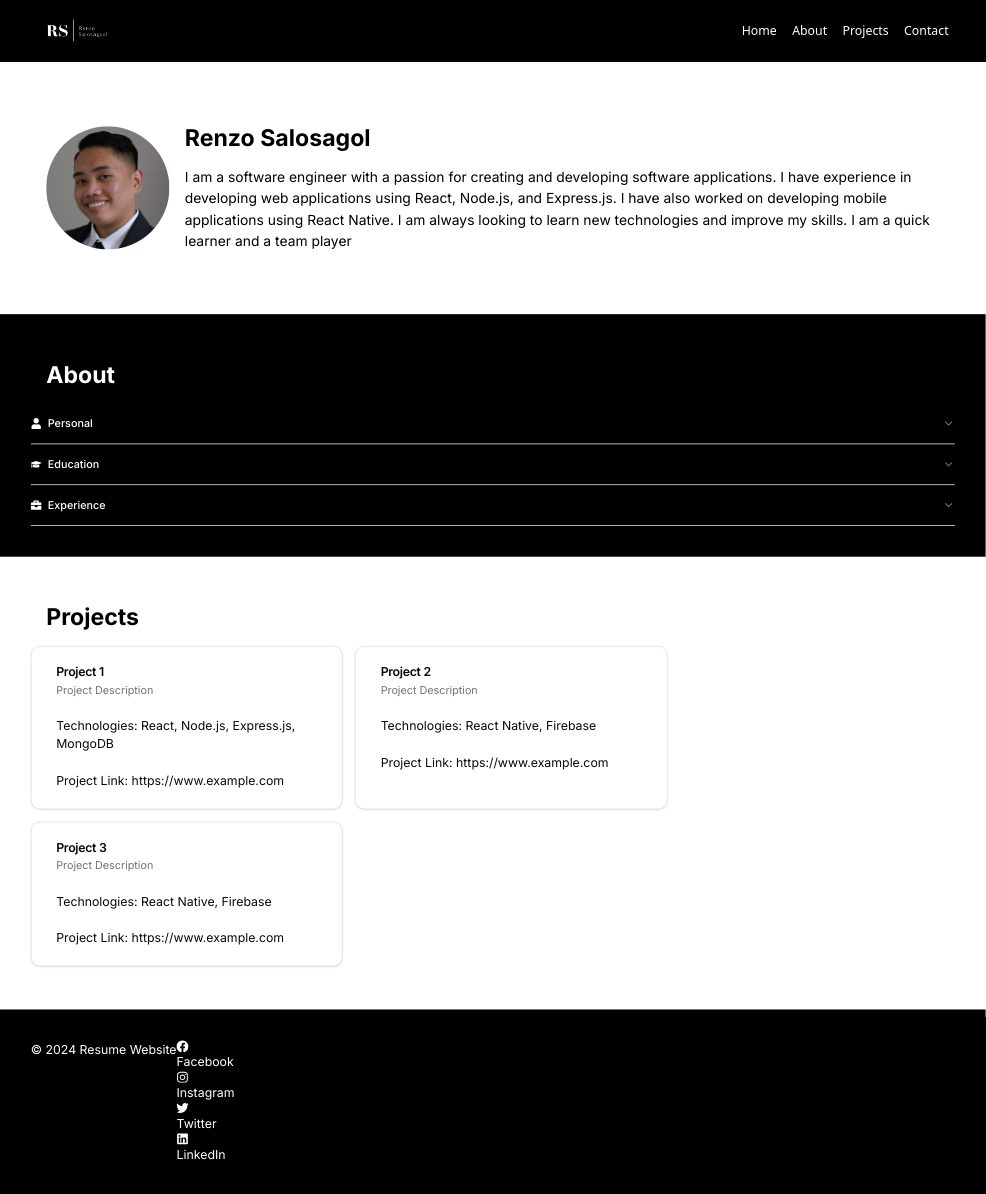
Repository: Renzo-Salosagcol/Portfolio-Website
Page: / (app in resume_website/)
The author's editor kept a copy of each file at every save. The page is drawn from the files as they stood at one save, then again after the next save.
The browser window is 1280 px wide. The pictures show the whole page, at 77% of full size.
The project was rebuilt for these pictures with package versions that can differ from the ones it lists, and the page was loaded fresh each time. Also part of the build but not shown: resume_website/vite.config.js.

Above is the page before, as saved 2024-12-11 16:22:17.

After the next save:
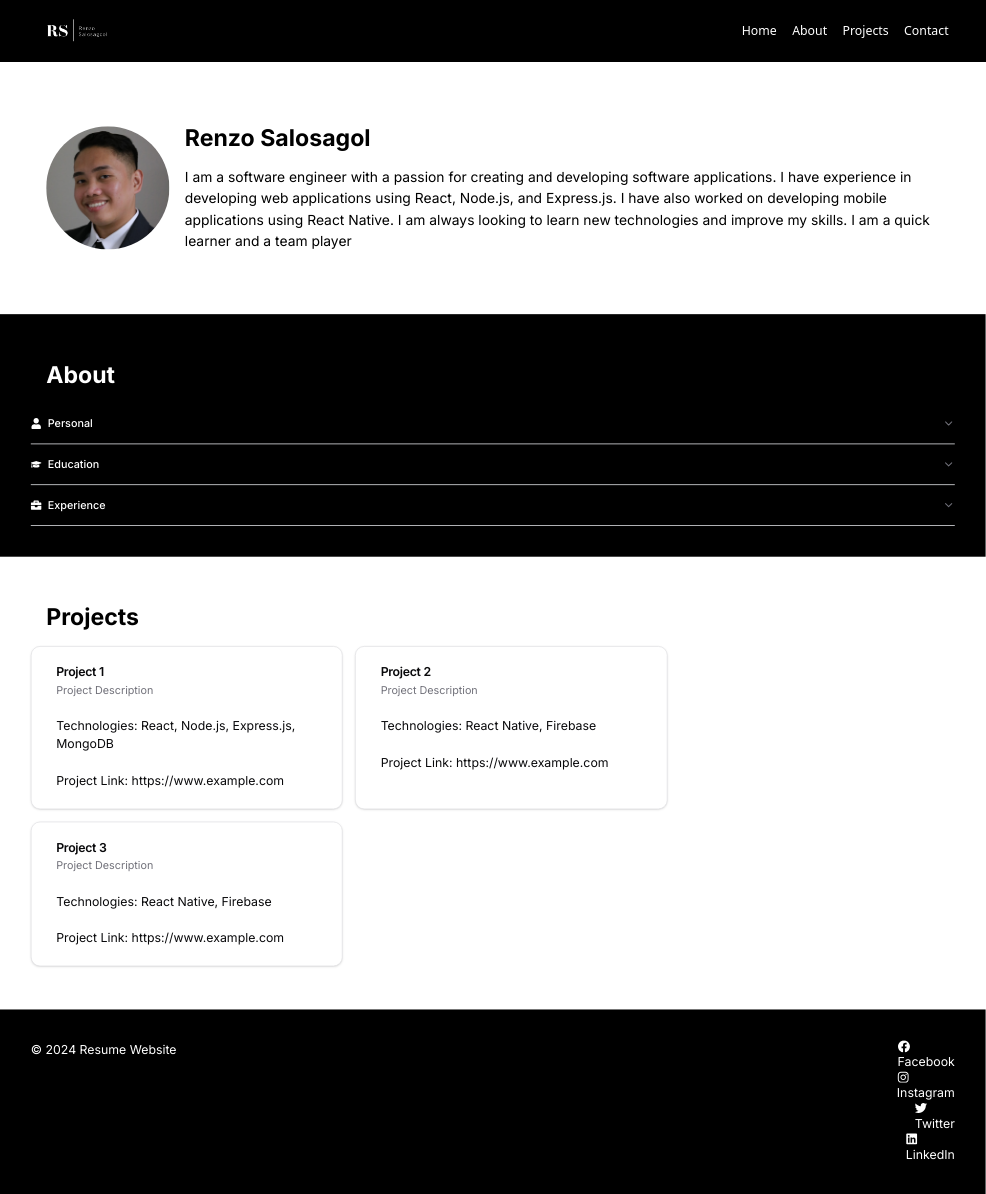
Saved 20 s later.
--- a/resume_website/src/components/footer.jsx
+++ b/resume_website/src/components/footer.jsx
@@ -3,8 +3,8 @@ import { FaFacebook, FaInstagram, FaTwitter, FaLinkedin} from 'react-icons/fa';
 const Footer = () => {
   return (
     <footer className="bg-black text-white p-10 flex">
-      <p>© 2024 Resume Website</p>
-      <ul className='inline flex-1'>
+      <p className='justify-items-start'>© 2024 Resume Website</p>
+      <ul className='inline flex-1 justify-items-end'>
         <li><FaFacebook /> Facebook</li>
         <li><FaInstagram /> Instagram</li>
         <li><FaTwitter /> Twitter</li>
